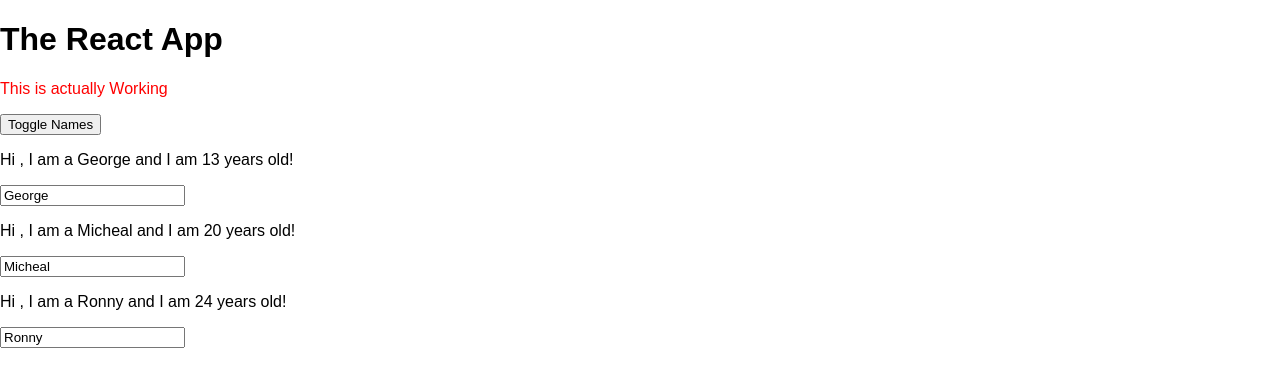
Repository: PiyushRajmsit/React-Basic-App
Page: /
An editor plug-in stored every save of this project. The page is shown before and after a run of saves, followed by the edit.
The browser window is 1280 px wide. The pictures show the whole page.
The project was rebuilt for these pictures with package versions that can differ from the ones it lists, and the page was loaded fresh each time. Also part of the build but not shown: src/Person/Person.css.

Above is the page before, as saved 2020-05-31 15:12:35.

### src/App.js
import React, { Component } from 'react';
import Person from './Person/Person.js';
import Radium from 'radium';
import Styles from './App.css';

class App extends Component {
  state = {
    person : [
      {id: 1,name: "George" , age : 13},
      {id: 2,name: "Micheal" , age : 20},
      {id: 3,name: "Ronny" , age : 24}
    ],
    otherState: 'Someother State',
    showPersonState : true
  };

  switchNameHandle = () =>{
    // console.log("This was clicked");
    this.setState({person : [
      {name: "George" , age : 13},
      {name: "Micheal" , age : 20},
      {name: "Emma" , age : 29}
    ]})

    console.log(this.state);
  }

  nameChangeHandler = (event,id) =>{
    // console.log(id);
    const personIndex = this.state.person.findIndex(person =>{
      return person.id === id;
    });
    const person = this.state.person.slice();
    // console.log(personIndex);
    // console.log(person);
    person[personIndex].name = event.target.value;
    this.setState({
      person : person
    });
  }

  togglePersonHandler = ()=>{
    console.log(this.state.showPersonState)
    let currState = this.state.showPersonState;
    this.setState(
      {showPersonState : !currState}
    );
    console.log(this.state.showPersonState);
  }

  deletePersonHandler = (index) => {
    console.log(index);
    // This would also work
    //const person = this.state.person.slice();
    const person = [...this.state.person];
    person.splice(index,1);
    this.setState({
      person : person
    });
  }

  render() {
    let person = null;
    let classes = [];
    if(this.state.person.length <= 3)
    {
      classes.push('red');
    }
    if(this.state.person.length <= 2){
      classes.push('bold');
    }
    if(this.state.showPersonState)
    {
      person = (
          <div>
            {this.state.person.map((person,index) =>{
                return <Person
                name={person.name}
                age={person.age}
                click={() => this.deletePersonHandler(index)}
                change={(event) => this.nameChangeHandler(event,person.id)}
                key={person.id}
                />
            }
            )}
          </div>
          );

    }
    return(
      <div className={Styles.App}>
        <h1> The React App</h1>
        <p className={classes.join(' ')}> This is actually Working</p>
        <button className={Styles.Button} onClick={this.togglePersonHandler}> Toggle Names </button>
        {person}
      </div>
    );
      // return  React.createElement('div',{className:'App'},React.createElement('h1',null,'Is it Working?'));
  }
}

export default Radium(App);

### src/Person/Person.js
import React from 'react';
import styles from './Person.css'
const person = (props) => {
  return (
          <div className={styles.Person}>
            <p onClick={props.click}>Hi , I am a {props.name} and I am {props.age} years old!</p>
            <p>{props.children}</p>
            <input type="text" onChange={props.change}  value={props.name}/>
          </div>
  );

};

export default person;

### src/App.css
.App {
  text-align: center;
}

.red{
  color: red;
}
.bold{
  font-weight: bold;
}

.Button{
  background-color: green;
  padding: 8px;
  border: 1px solid blue;
  cursor: pointer;
  color: white;
  font: inherit;
}
.Button:hover{
  background-color: lightgreen;
  color: black;
}


/*
.App-logo {
  animation: App-logo-spin infinite 20s linear;
  height: 80px;
}


.App-header {
  background-color: #222;
  height: 150px;
  padding: 20px;
  color: white;
}

.App-intro {
  font-size: large;
}

@keyframes App-logo-spin {
  from { transform: rotate(0deg); }
  to { transform: rotate(360deg); }
} */

Loaded but not shown: public/index.html (common file); src/index.js (common file); src/index.css (common file)

After the next 2 saves:
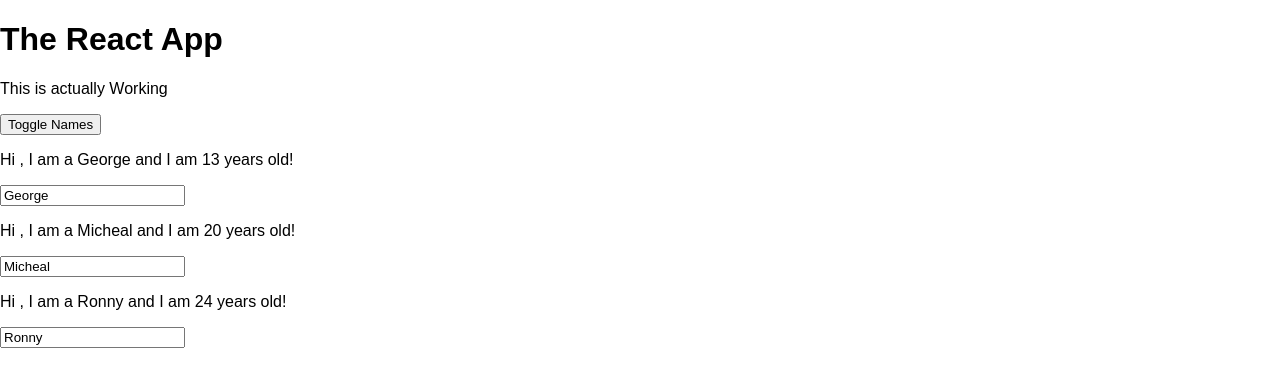
The 2 saves are shown as one change because they came seconds apart.
The last was saved 2 min 30 s later.
--- a/src/App.js
+++ b/src/App.js
@@ -64,10 +64,10 @@ class App extends Component {
     let classes = [];
     if(this.state.person.length <= 3)
     {
-      classes.push('red');
+      classes.push(Styles.red);
     }
     if(this.state.person.length <= 2){
-      classes.push('bold');
+      classes.push(Styles.bold);
     }
     if(this.state.showPersonState)
     {
